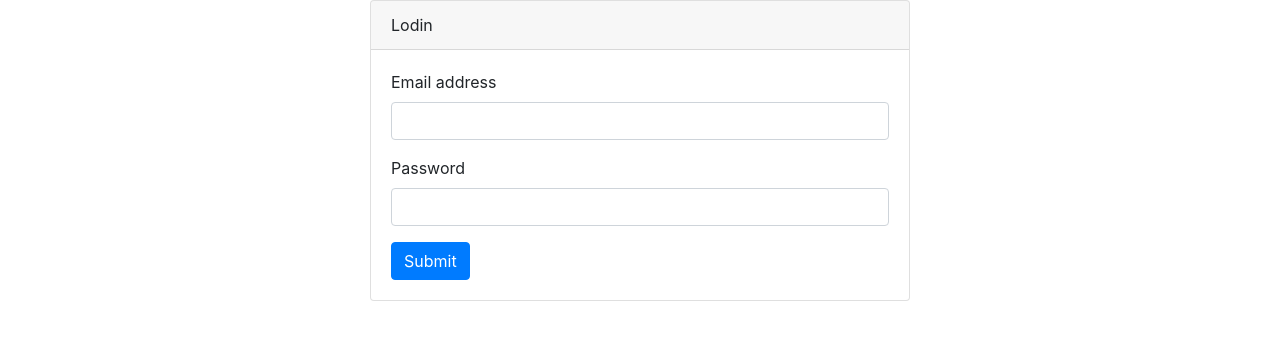
Repository: cerveau08/laravelCours
Page: http://localhost/login
These files come from the project's save history. The page is drawn as it stood at one moment and after a run of saves; the edit follows.
The browser window is 1280 px wide. The pictures show the whole page.
The page is served by the project's Laravel application, run on PHP 8.4 with Laravel 8. Other server files are loaded and not shown.

Above is the page before, as saved 2020-09-28 11:56:10.

### routes/web.php
<?php


use Illuminate\Support\Facades\Route;
use App\Http\Controllers\HomeController;
use App\Http\Controllers\UserController;
use App\Http\Controllers\LoginController;
use App\Http\Controllers\ClientController;
use App\Http\Controllers\FluentController;
use App\Http\Controllers\ProductController;

/*
|--------------------------------------------------------------------------
| Web Routes
|--------------------------------------------------------------------------
|
| Here is where you can register web routes for your application. These
| routes are loaded by the RouteServiceProvider within a group which
| contains the "web" middleware group. Now create something great!
|
*/

Route::get('/', [ProductController::class, 'index'])->name('product.index');

Route::get('/home/{name?}', [HomeController::class, 'index'])->name('home.index');

Route::get('/user',[UserController::class, 'index'])->name('user.index');

Route::get('/posts', [ClientController::class, 'getAllPost'])->name('posts.getAllPost');

Route::get('/posts/{id}', [ClientController::class, 'getPostById'])->name('posts.getPostById');

Route::get('/add-post', [ClientController::class, 'addPost'])->name('posts.addPost');

Route::get('/update-post', [ClientController::class, 'updatePost'])->name('posts.update');

Route::get('/delete-post/{id}', [ClientController::class, 'deletePost'])->name('posts.delete');

Route::get('/fluent-string', [FluentController::class, 'index'])->name('fluent.index');

Route::get('/login', [LoginController::class, 'index'])->name('login.index');

Route::post('/login', [LoginController::class, 'loginSubmit'])->name('login.submit');

### app/Http/Controllers/LoginController.php
<?php

namespace App\Http\Controllers;

use Illuminate\Http\Request;

class LoginController extends Controller
{
    public function index()
    {
        return view('login');
    }

    public function loginSubmit()
    {
        return "Form Submitted";
    }
}

### resources/views/login.blade.php
<!DOCTYPE html>
<html lang="en">
<head>
    <meta charset="UTF-8">
    <meta name="viewport" content="width=device-width, initial-scale=1.0">
    <meta http-equiv="X-UA-Compatible" content="ie=edge">
    <title>Login</title>
    <link rel="stylesheet" href="https://stackpath.bootstrapcdn.com/bootstrap/4.3.1/css/bootstrap.min.css" integrity="sha384-ggOyR0iXCbMQv3Xipma34MD+dH/1fQ784/j6cY/iJTQUOhcWr7x9JvoRxT2MZw1T" crossorigin="anonymous">
    <script src="https://code.jquery.com/jquery-3.3.1.slim.min.js" integrity="sha384-q8i/X+965DzO0rT7abK41JStQIAqVgRVzpbzo5smXKp4YfRvH+8abtTE1Pi6jizo" crossorigin="anonymous"></script>
    <script src="https://cdnjs.cloudflare.com/ajax/libs/popper.js/1.14.7/umd/popper.min.js" integrity="sha384-UO2eT0CpHqdSJQ6hJty5KVphtPhzWj9WO1clHTMGa3JDZwrnQq4sF86dIHNDz0W1" crossorigin="anonymous"></script>
    <script src="https://stackpath.bootstrapcdn.com/bootstrap/4.3.1/js/bootstrap.min.js" integrity="sha384-JjSmVgyd0p3pXB1rRibZUAYoIIy6OrQ6VrjIEaFf/nJGzIxFDsf4x0xIM+B07jRM" crossorigin="anonymous"></script>

</head>
<body>
    <div class="container">
        <div class="row">
            <div class="col-md-6 offset-md-3">
                <div class="card">
                    <div class="card-header">
                        Lodin
                    </div>
                    <div class="card-body">
                        <form method="POST" action="{{ route('login.submit') }}">
                            <div class="form-group">
                                <label for="email">Email address</label>
                                <input type="email" class="form-control" id="email" name="email">
                            </div>
                            <div class="form-group">
                                <label for="password">Password</label>
                                <input type="password" class="form-control" id="password", name="password">
                            </div>
                            <button type="submit" class="btn btn-primary">Submit</button>
                        </form>
                    </div>
                </div>
            </div>
        </div>
    </div>
</body>
</html>

Loaded but not shown: app/Http/Controllers/Controller.php (common file)

After the next 3 saves:
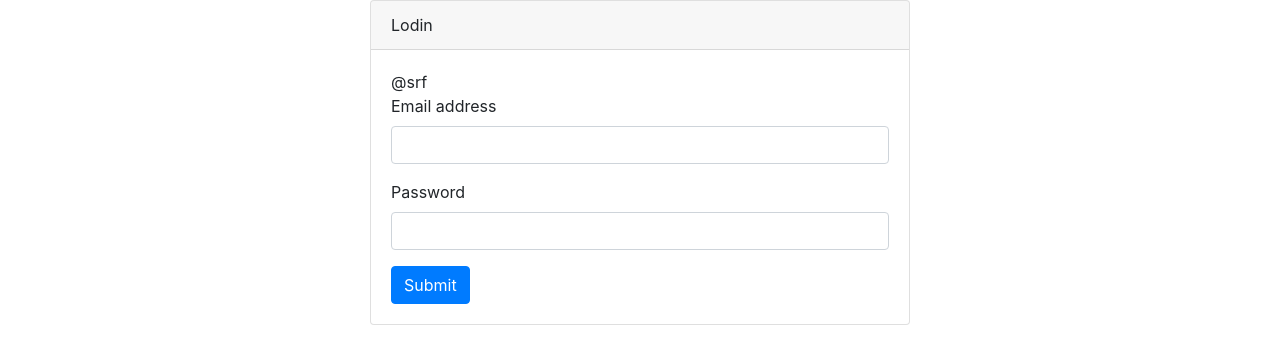
The 3 saves are shown as one change because they came seconds apart.
The last was saved 38 s later.
--- a/resources/views/login.blade.php
+++ b/resources/views/login.blade.php
@@ -21,6 +21,7 @@
                     </div>
                     <div class="card-body">
                         <form method="POST" action="{{ route('login.submit') }}">
+                            @srf
                             <div class="form-group">
                                 <label for="email">Email address</label>
                                 <input type="email" class="form-control" id="email" name="email">

After the save that followed:
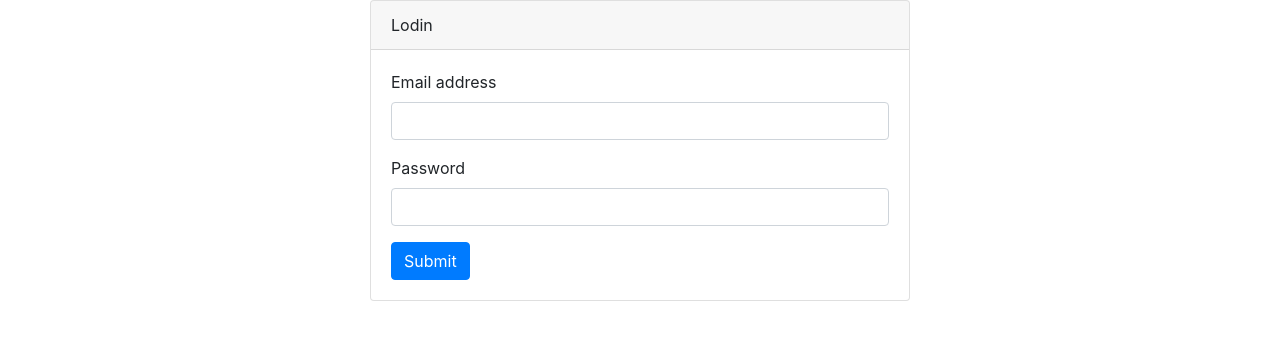
Saved 87 s later.
--- a/resources/views/login.blade.php
+++ b/resources/views/login.blade.php
@@ -21,7 +21,7 @@
                     </div>
                     <div class="card-body">
                         <form method="POST" action="{{ route('login.submit') }}">
-                            @srf
+                            @csrf
                             <div class="form-group">
                                 <label for="email">Email address</label>
                                 <input type="email" class="form-control" id="email" name="email">
